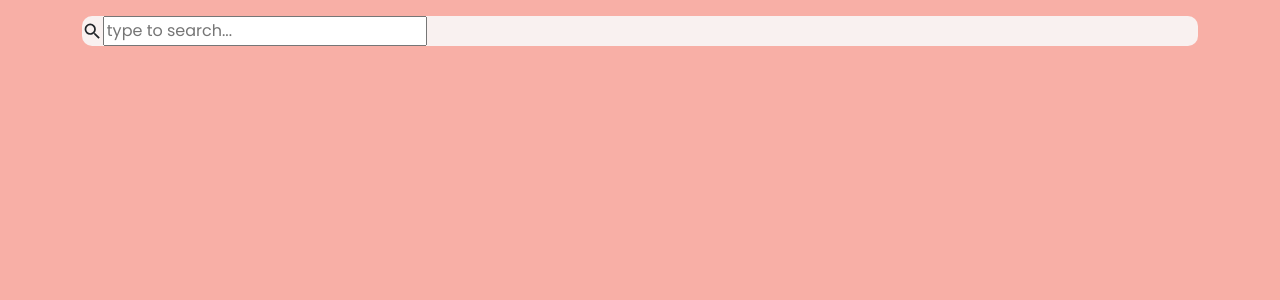
Repository: DeraBola/user-app
Page: /
These files come from the project's save history. The page is drawn as it stood at one moment and after a run of saves; the edit follows.
The browser window is 1280 px wide. The pictures show the whole page.
The page's requests for data from a server got no answer. The project was rebuilt for these pictures with package versions that can differ from the ones it lists, and the page was loaded fresh each time. No one was signed in, and anything a server would have sent is missing.

Above is the page before, as saved 2022-08-09 21:39:12.

### src/index.js
import React from 'react';
import ReactDOM from 'react-dom/client';
import './index.css';
import App from './App';


const root = ReactDOM.createRoot(document.getElementById('root'));
root.render(
  <React.StrictMode>
    <App />
  </React.StrictMode>
);

### src/App.js

 import React, { useState, useEffect } from "react";
 import "bootstrap/dist/css/bootstrap.min.css"
 import './App.css'
 import UsersList from "../src/components/UsersList";
 import Search from "../src/components/Search";

const App = () => {

const [users, setusers] = useState([]);
const getUsersRequest = async () =>{
    const url = "https://jsonplaceholder.typicode.com/users";

    const response = await fetch(url);
    const responseJson = await response.json();
setusers(responseJson)
    console.log(responseJson);
};

useEffect(() => {
    getUsersRequest();
}, []);


  return (
    <div className="container">
      <Search />
      <div className="grid">
      <UsersList users={users} />
    </div>
    </div>
  )
};

export default App;

### src/App.css
        @import url('https://fonts.googleapis.com/css2?family=Manrope:wght@300;400&family=Poppins:wght@300;400;500;600&display=swap');
        body {
            font-family: 'Poppins', sans-serif;
            margin: 0;
            padding: 0;
            text-decoration: none;
            list-style-type: none;
            outline: none;
            background: #f8afa6;
        }

        .container {
            width: 100%;
            margin: 1em auto;
        }

        .grid {
            display: grid;
            grid-gap: 1rem;
            grid-template-columns: repeat(auto-fit, minmax(250px, 1fr));
            justify-content: center;
        }

        .card {
            border: 10px;
            background: rgba(255, 255, 255, 0.1);
            backdrop-filter: blur(5px);
            border-top: 1px solid #f9f1f0;
            border-left: 1px solid #f9f1f0;
            margin-top: 10px;
            padding: 5px;
        }

        .name {
            font-size: 20px;
            font-weight: 600;
        }

        .card h3 {
            font-size: 15px;
            font-weight: 500;
        }

        .search {
            display: flex;
            align-items: center;
            background-color: #f9f1f0;
            border-radius: 10px;
            pad
        }

### src/components/UsersList.js
import React from "react";

const UsersList = (props) =>{
    return (
        <>
        {props.users.map((user, index) => (
        <div>
            <h2>{user.name}</h2>
        </div>
    ))}
        </>
    );
};

export default UsersList;

### src/components/Search.js
import React from "react";
import { MdSearch } from 'react-icons/md';

const Search = () => {
    return (
<div  className="search">
<MdSearch className="search-icons" size='1.3em' />
<input type='text' placeholder="type to search..." />
</div>
    )
};

export default Search;

Loaded but not shown: public/index.html (common file); src/index.css (common file)

After the next 2 saves:
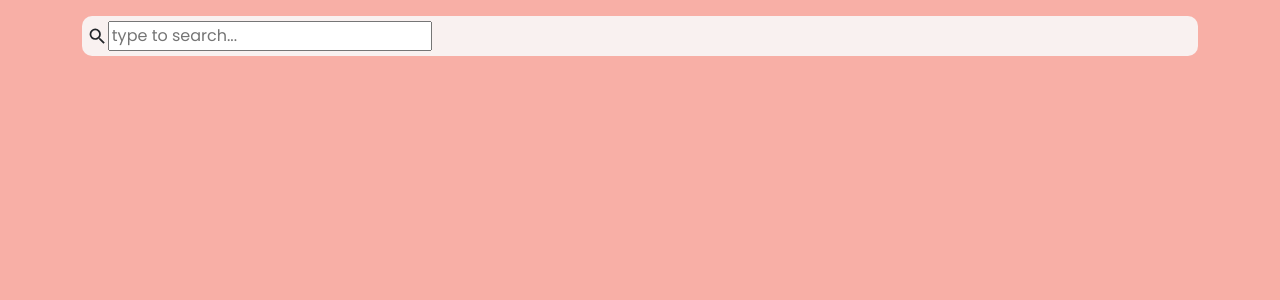
The 2 saves are shown as one change because they came seconds apart.
The last was saved 15 s later.
--- a/src/App.css
+++ b/src/App.css
@@ -46,5 +46,5 @@
             align-items: center;
             background-color: #f9f1f0;
             border-radius: 10px;
-            pad
+            padding: 5px;
         }
